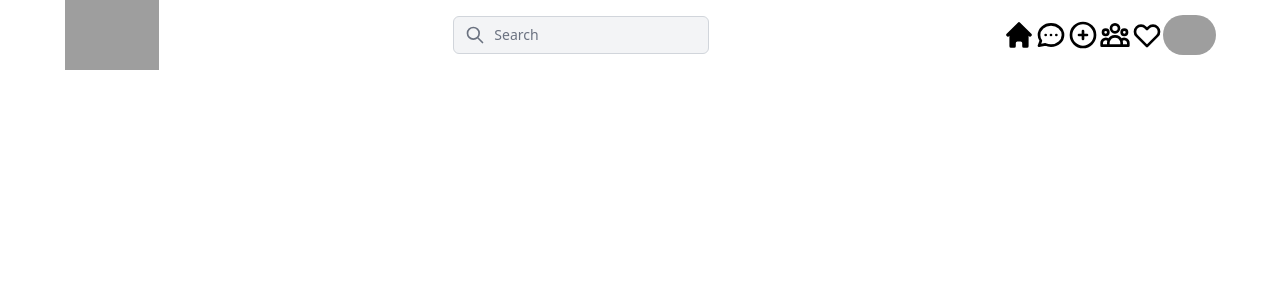
Repository: Qu4ntumGuy/insta-clone
Page: /
The author's editor kept a copy of each file at every save. The page is drawn from the files as they stood at one save, then again after the next save.
The browser window is 1280 px wide. The pictures show the whole page.
Pictures or frames that could not be fetched are drawn as grey boxes. The project was rebuilt for these pictures with package versions that can differ from the ones it lists, and the page was loaded fresh each time. The framework's server and built-in components were replaced by stand-ins that run in the browser. Also part of the build but not shown: next.config.js.

Above is the page before, as saved 2022-03-16 13:02:44.

After the next save:
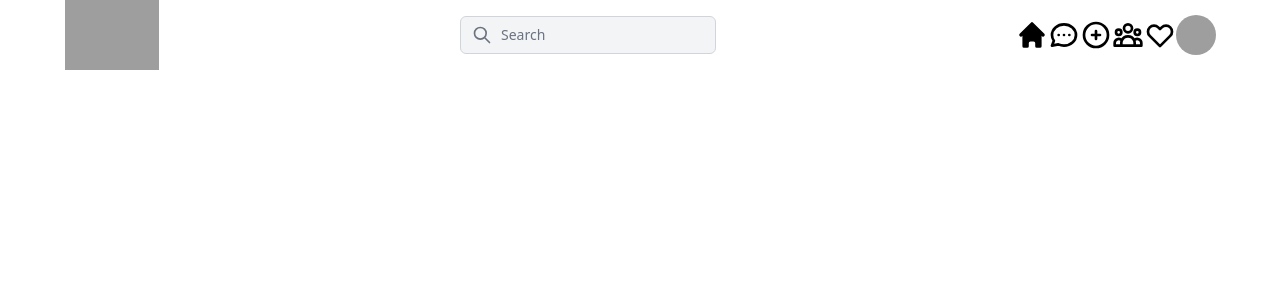
Saved 9 s later.
--- a/components/Header.js
+++ b/components/Header.js
@@ -46,7 +46,7 @@ const Header = () => {
           <UserGroupIcon className="h-8 w-8" />
           <HeartIcon className=" h-8 w-8 " />
           <img
-            className="h-10 rounded-full"
+            className="h-10 w-10 rounded-full"
             src="https://drive.google.com/file/d/1FUhvcI3U09Oih4ahUkSZdBRuXg4N-nB7/view?usp=sharing"
           />
         </div>
